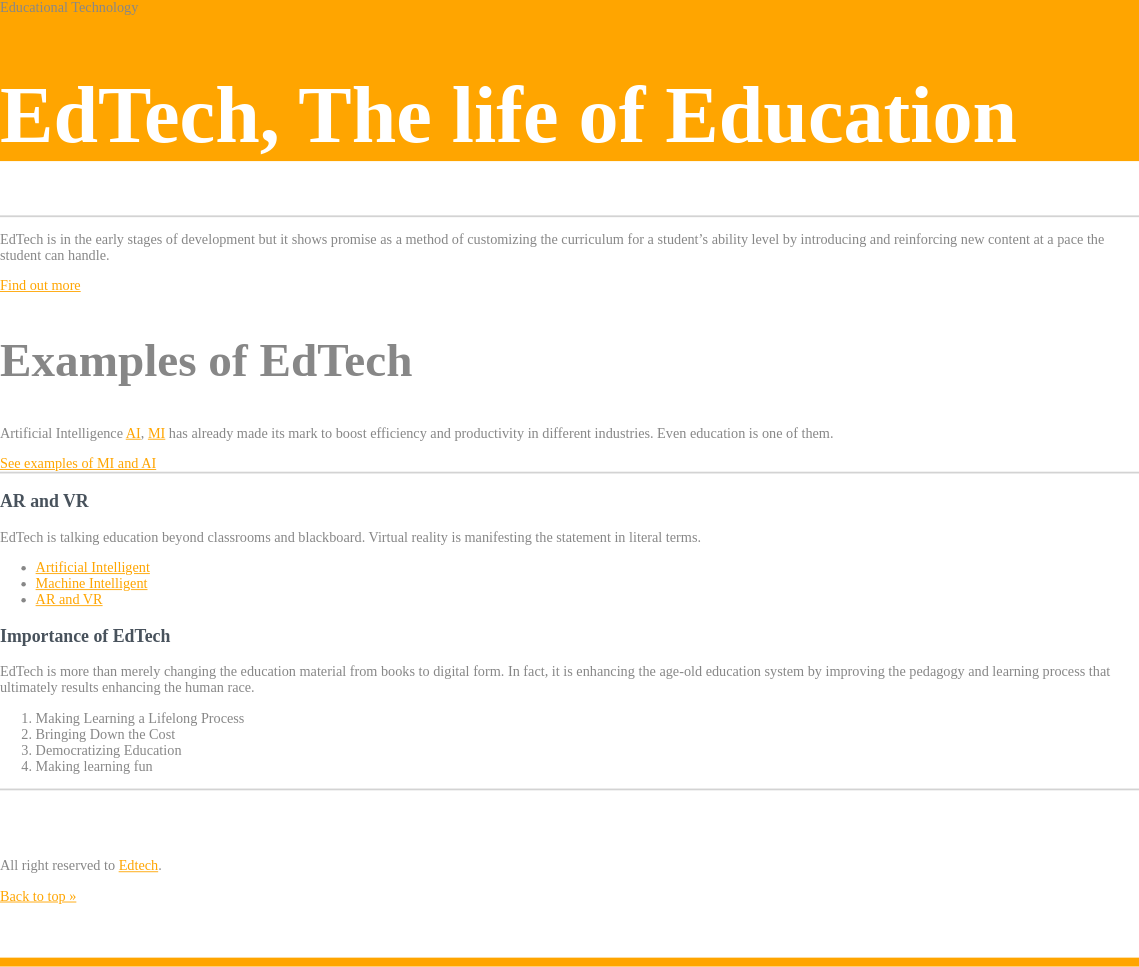
Repository: tunmishyi/edtech
Page: index.html
These files come from the project's save history. The page is drawn as it stood at one moment and after the next save; the edit follows.
The browser window is 1280 px wide. The pictures show the whole page, at 89% of full size.

Above is the page before, as saved 2020-06-06 21:30:15.

After the next save:
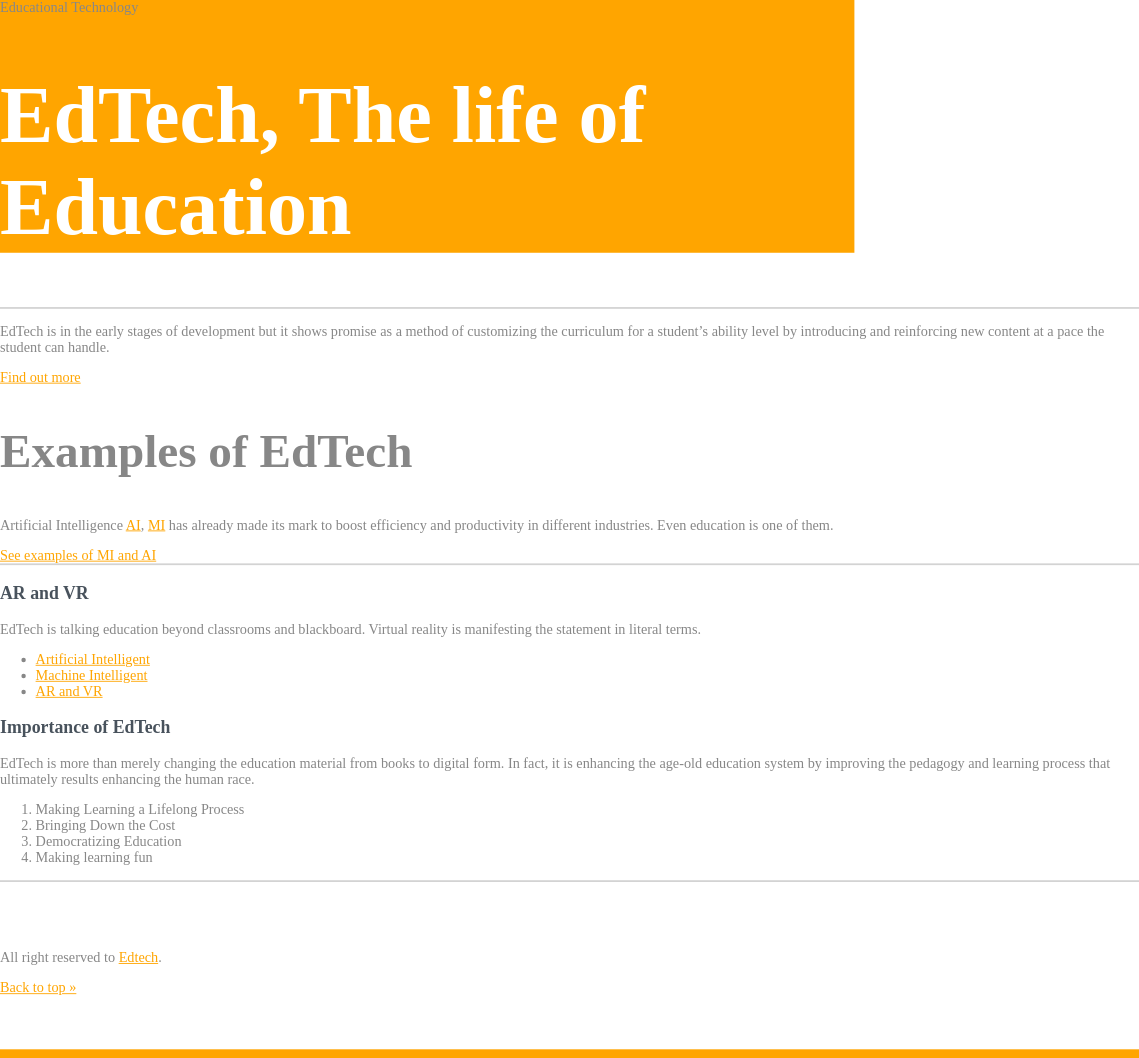
Saved 34 min 41 s later.
--- a/style.css
+++ b/style.css
@@ -31,7 +31,8 @@ h1 {
     /*Class Selectors */
 
     .main-header {
-        background-color: orange; /* This makes our header bg orange. */
+        background-color: orange;
+        width: 960px;
     }
 
     .title {
